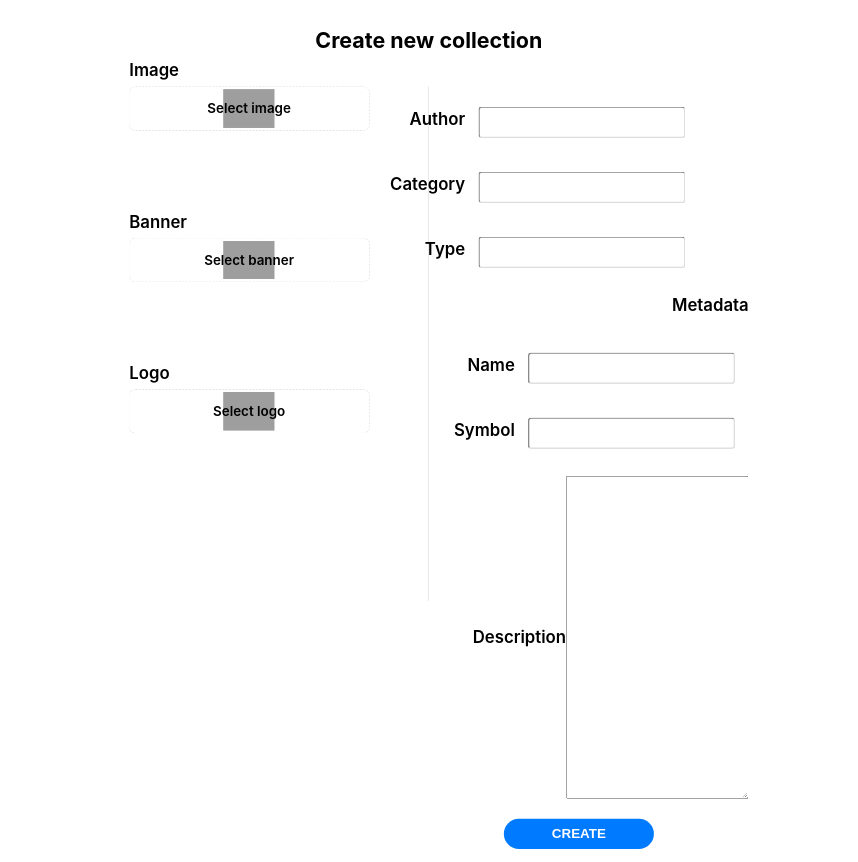
Repository: superHotBob/admin_nftillion
Page: /createcollection
An editor plug-in stored every save of this project. The page is shown before and after the next save, followed by the edit.
The browser window is 1280 px wide. The pictures show the whole page, at 67% of full size.
Pictures or frames that could not be fetched are drawn as grey boxes. The project was rebuilt for these pictures with package versions that can differ from the ones it lists, and the page was loaded fresh each time. Also part of the build but not shown: src/components/Login/styles.scss, src/components/Login/index.js, src/components/NavPanel/styles.scss, src/components/NavPanel/index.js, src/components/Users/index.js, src/components/Collections/index.js, src/components/Preminted/styles.scss, src/components/Preminted/index.js.

Above is the page before, as saved 2022-04-27 08:25:12.

After the next save:
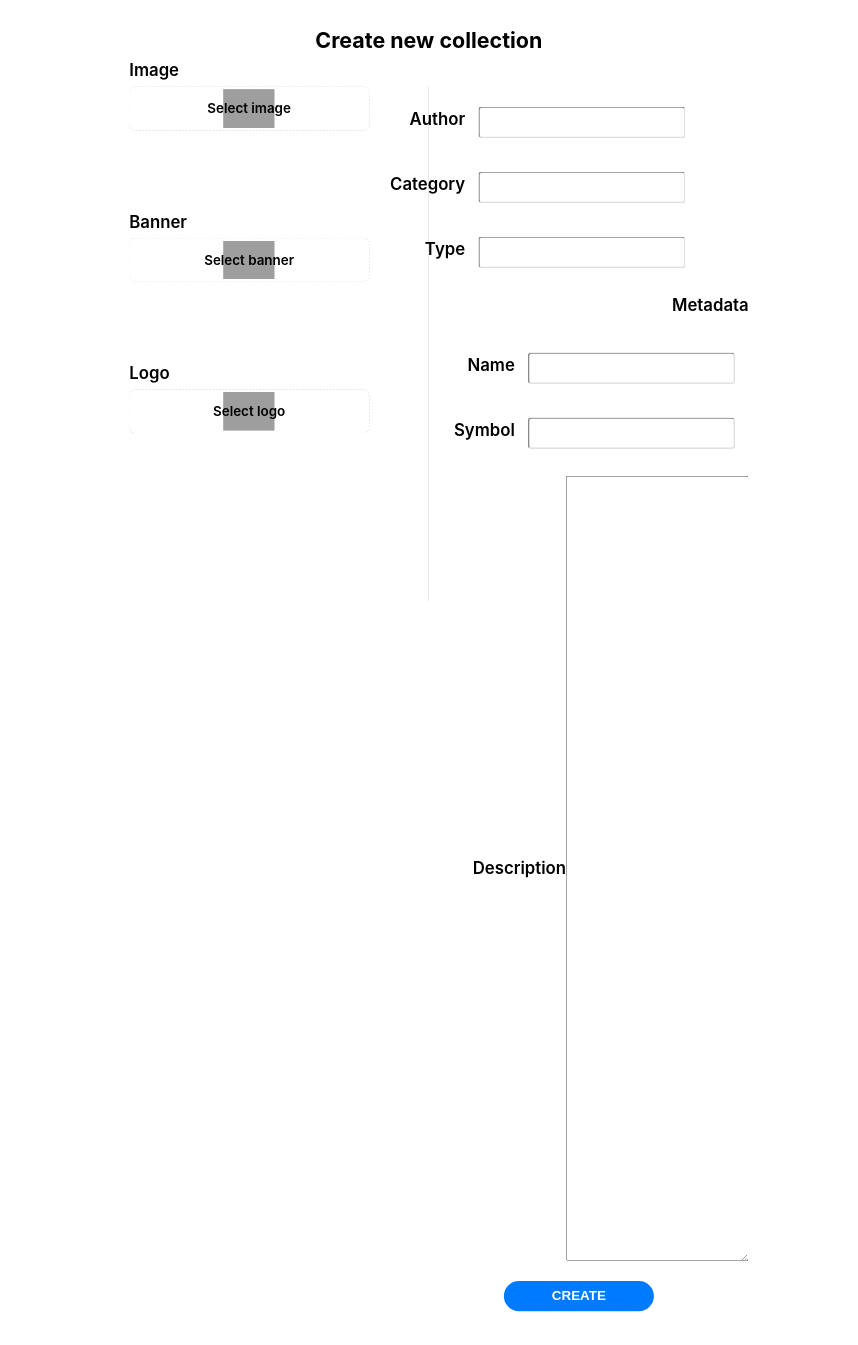
Saved 7 s later.
--- a/src/components/CreateCollection/index.js
+++ b/src/components/CreateCollection/index.js
@@ -187,7 +187,7 @@ export const Create = () => {
             </label>
             <label>
               Description
-              <textarea rows={20} value={description} onChange={e=>setDescription(e.target.value)}/>
+              <textarea rows={50} value={description} onChange={e=>setDescription(e.target.value)}/>
             </label>
           </fieldset>
 
